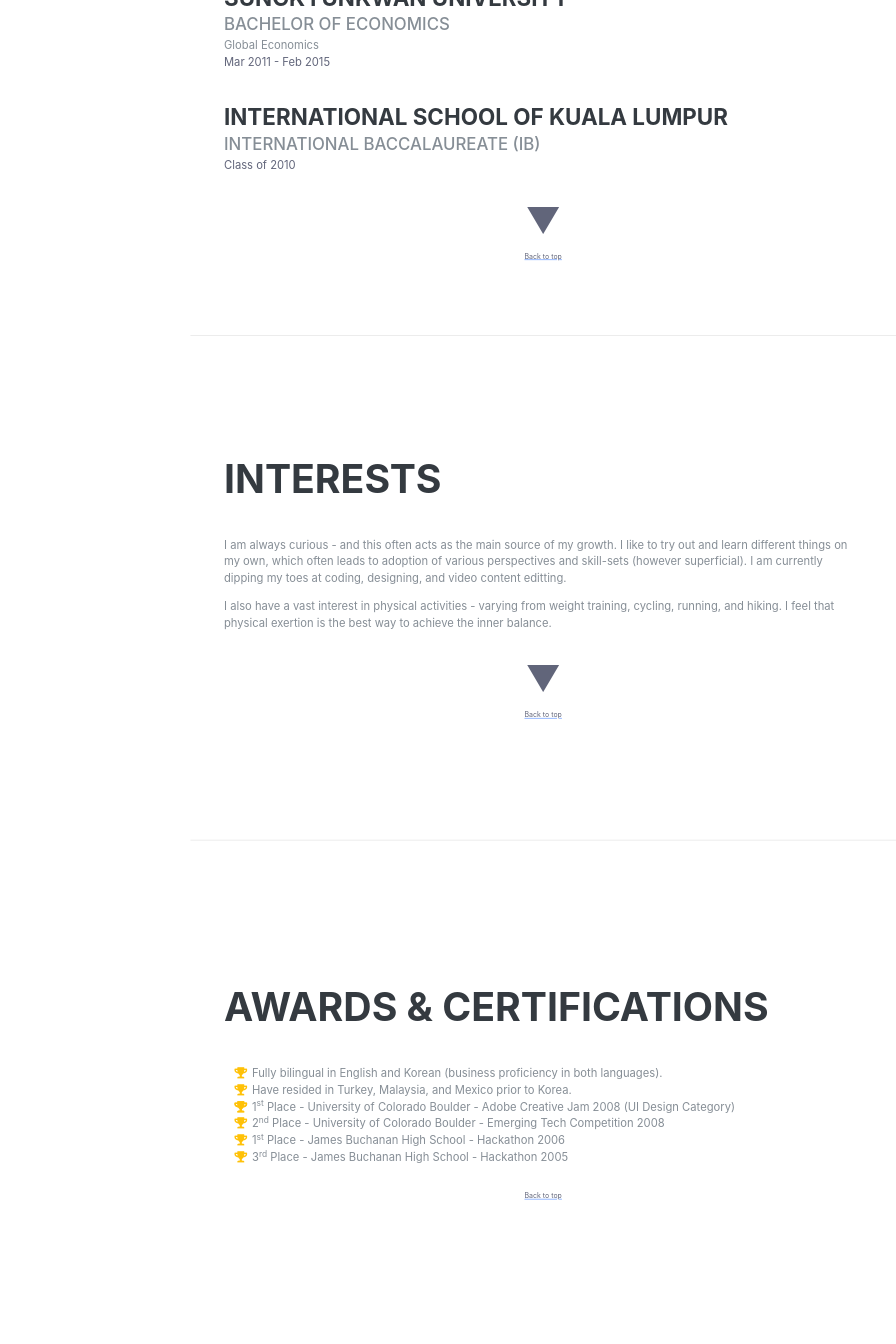
Repository: whitethugcat/whitethugcat.github.io
Page: class/resume-practice/yoojin-resume.html
The author's editor kept a record of every edit. The page is drawn from the files as they stood at one moment, then again after the next edit.
The browser window is 1280 px wide. The pictures show the part of the page from y = 2942 to 4862 px (the page is 4862 px tall), at 70% of full size.
Some web fonts or font styles are not loaded; a fallback is used.

Above is the page before.

After the next edit:
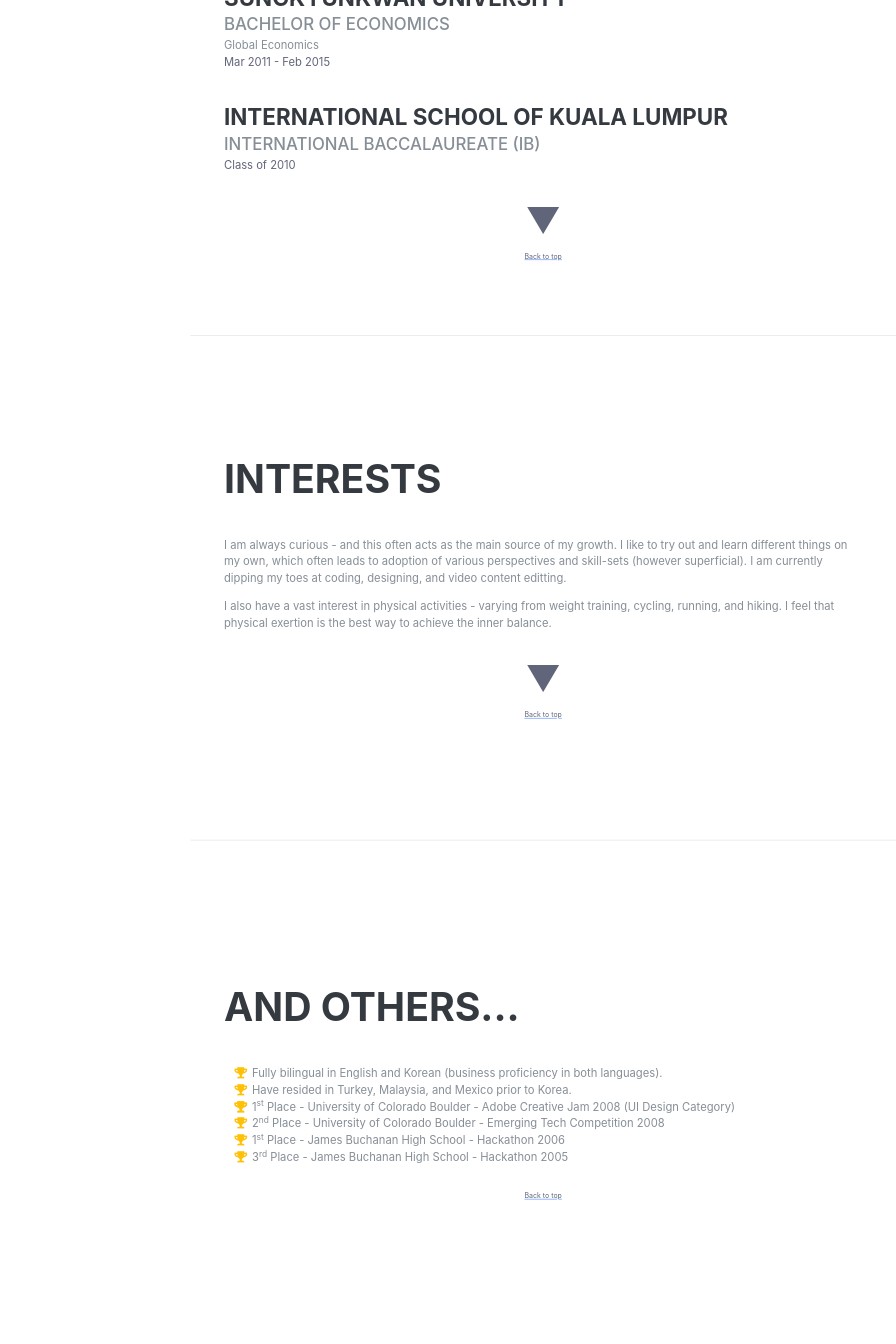
The edit:
--- a/class/resume-practice/yoojin-resume.html
+++ b/class/resume-practice/yoojin-resume.html
@@ -317,7 +317,7 @@
 
     <section class="resume-section p-3 p-lg-5 d-flex align-items-center" id="awards">
       <div class="w-100">
-        <h2 class="mb-5">Awards &amp; Certifications</h2>
+        <h2 class="mb-5">And others...</h2>
         <ul class="fa-ul mb-0">
           <li>
             <i class="fa-li fa fa-trophy text-warning"></i>
